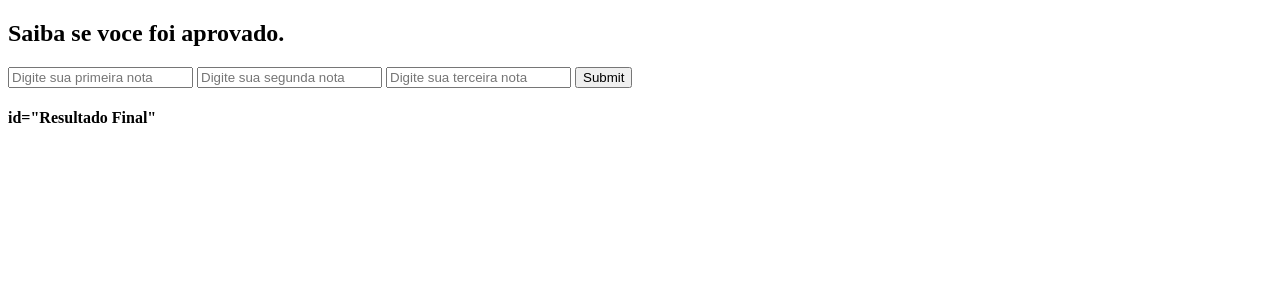
Repository: analessp/logica1
Page: index.html
The author's editor kept a copy of each file at every save. The page is drawn from the files as they stood at one save, then again after the next save.
The browser window is 1280 px wide. The pictures show the whole page.

Above is the page before, as saved 2025-04-30 08:55:45.
Console error: SyntaxError: Illegal return statement

### index.html
<!DOCTYPE html>
<html lang="pt-BR>
<head>
    <meta charset="UTF-8">
    <meta name="viewport" content="width=device-width, initial-scale=1.0">
    <title>Document</title>
</head>
<body>
    <h2>Saiba se voce foi aprovado.</h2>
    <input type="text" id="nota 1" placeholder = "Digite sua primeira nota">
    <input type="text" id="nota 2" placeholder = "Digite sua segunda nota">
    <input type="text" id="nota 3" placeholder = "Digite sua terceira nota">
    <input type="submit" onclick="classificacao()">
    <h4> id="Resultado Final" </h4>
    <script src="app.js"></script>
</body>
</html>

### app.js
// function = declaro uma função
// mediaDaNota = nome da função (SEMPRE em came1Case)
// nota0, nota1, nota2, nota3 = argumentos, ou seja, variáveis.
// {} = é aonde vai acontecer a lógica em

function mediaDaNota(nota0, nota1, nota2, note) {

    // const = tipo de variável, é imutável
    //mediaFinal = nome da váriavel em came1Case
    // O que ela faz?
    // soma as variáveis e divide pela quantidade de variáveis
}

const mediaFinal = (nota0 + nota1 + nota2 + nota3) /4;

// if = condição
// (mediaFinal >= 7) = a condição está verificando  se a variável 'mediaFinal' é maior ou igual a 7

//else = se não atender nenhuma outra condição anterior, ela entra no 'else'
// return = informa a resposta final

if (mediaFinal >= 7) {
    return "Aprovado";
} else {
    return "Reprovado";

//return mediaFinal >= 7 ? "Aprovado" : "Reprovado";
}

//ingredientes = array
function receita(ingredientes) {
    let i = 0;

    while(i <= 4) {
        document.write('$ingredientes[1]}<br>');
        i++;
    }
}
let igredientesDeBolo = ['ovo', 'leite', 'farinha', 'fermento', 'tudo que há de bom'];
let igredientesCapuccino = ['cafe', 'leite', 'chocolate', 'canela'];

receita(igredientesDeBolo);
receita(igredientesCapuccino);


// ++ adicionando mais '1'
//

function tabuada(numero) {
    let i = 1;
    let lista = [];
    let resultado;

    while (i <= 10) {
        resultado = numero * i;
        lista +=`${numero} * ${i} = ${resultado}<br>`;
        i++;
    }

    return lista;
}

const numeroDigitado = Number(prompt("Digite um numero"));
document.write(tabuada(numeroDigitado));

function classificacao () {
    const nota1 = Number(document.getElementById("nota1"));
    const nota1 = Number(document.getElementById("nota2"));
    const nota1 = Number(document.getElementById("nota3"));

    const media = (nota1 + nota2 + nota3)/3;

}

After the next save:
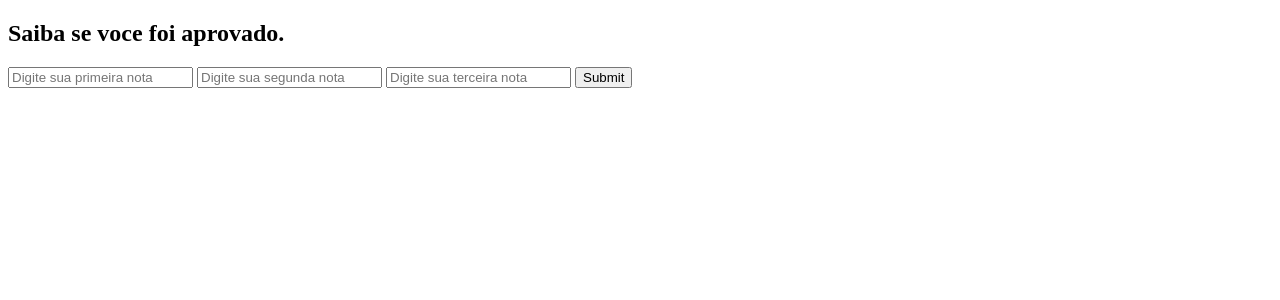
Saved 16 s later.
--- a/index.html
+++ b/index.html
@@ -11,7 +11,7 @@
     <input type="text" id="nota 2" placeholder = "Digite sua segunda nota">
     <input type="text" id="nota 3" placeholder = "Digite sua terceira nota">
     <input type="submit" onclick="classificacao()">
-    <h4> id="Resultado Final" </h4>
+    <h4 id="Resultado Final" </h4>
     <script src="app.js"></script>
 </body>
 </html>
